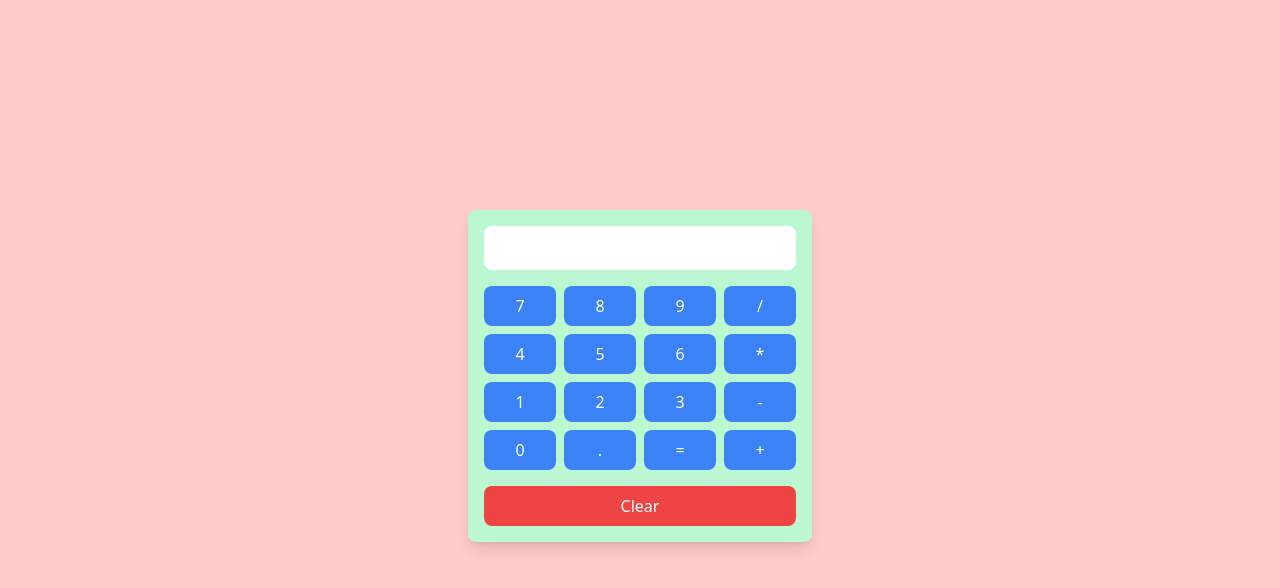
Repository: Sirinegaddour11/Calculator-App
Page: /
The author's editor kept a copy of each file at every save. The page is drawn from the files as they stood at one save, then again after a run of saves.
The browser window is 1280 px wide. The pictures show the whole page.
The project was rebuilt for these pictures with package versions that can differ from the ones it lists, and the page was loaded fresh each time. The framework's server and built-in components were replaced by stand-ins that run in the browser. Also part of the build but not shown: next.config.mjs.

Above is the page before, as saved 2024-09-16 15:06:41.

After the next 4 saves:
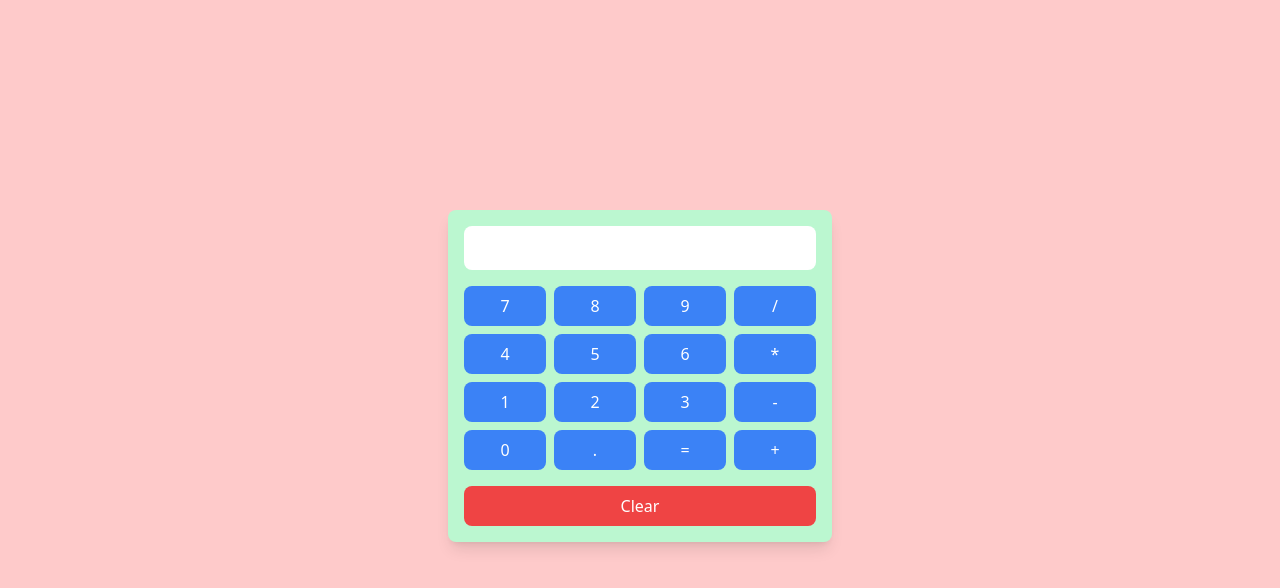
The 4 saves are shown as one change because they came seconds apart.
The last was saved 9 s later.
--- a/components/calculator.tsx
+++ b/components/calculator.tsx
@@ -18,7 +18,7 @@ const Calculator: React.FC = () => {
   }
   return (
     <div className=" flex justify-center items-center h-screen">
-      <div className="w- mx-auto mt-8 p-4 bg-green-200 rounded-lg shadow-lg ">
+      <div className="w-96 mx-auto mt-8 p-4 bg-green-200 rounded-lg shadow-lg ">
         <input
           type="text"
           className="w-full mb-4 p-2 text-xl text-right bg-white rounded-lg"
